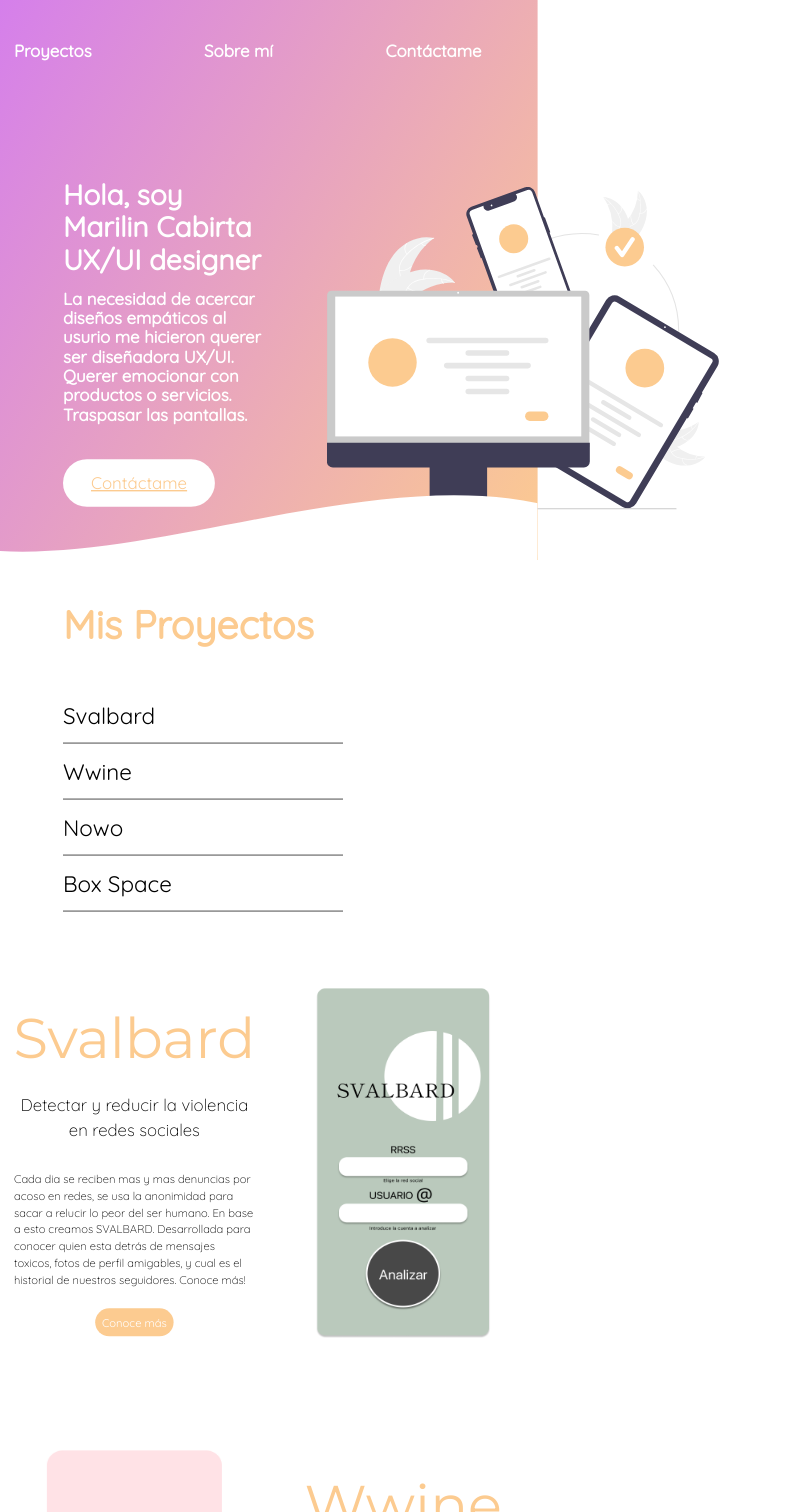
Repository: Marilyncabirta/portfolioHTML
Page: index.html
These files come from the project's save history. The page is drawn as it stood at one moment and after the next save; the edit follows.
The browser window is 768 px wide. The page is 1147 px wide, so the pictures cover 1147 px, including what lies to the right of the window. The pictures show the part of the page from y = 0 to 2160 px (the page is 4353 px tall), at 70% of full size.
Backgrounds fixed to the window are drawn as part of the page. Some web libraries are served in a nearby version.

Above is the page before, as saved 2022-12-16 12:40:21.

### index.html
<!DOCTYPE html>
<html lang="es">
<head>
    <meta charset="UTF-8">
    <meta name="viewport" content="width=device-width, initial-scale=1.0">
    <title>Portafolio AlexCG</title>
    <link rel="stylesheet" href="css/normalize.css">
    <link rel="stylesheet" href="css/estilos.css">
    <link rel="preconnect" href="https://fonts.googleapis.com">
<link rel="preconnect" href="https://fonts.gstatic.com" crossorigin>
<link href="https://fonts.googleapis.com/css2?family=Montserrat:wght@100;400;700&family=Quicksand:wght@300;400&display=swap" rel="stylesheet">
</head>


<body>

    <header class="hero">
        <div class="contenedor">
            <nav class="nav">
                <a href="" class="nav__items nav__items--cta">Proyectos</a>
                <a href="" class="nav__items">Sobre mí</a>
                <a href="" class="nav__items">Contáctame</a>
            </nav>

            <section class="hero__contenedor">
                <div class="hero__texts">
                    <h1 class="hero__title">Hola, soy Marilin Cabirta UX/UI designer</h1>
                    <h2 class="hero_subtitle">La necesidad de acercar diseños empáticos al usurio me hicieron querer ser diseñadora UX/UI. Querer emocionar con productos o servicios. Traspasar las pantallas.</h2>
                    <a href="" class="hero_cta">Contáctame</a>
                </div>
                <div class="contenedor_ilustraciones">
                    <img class="hero_image" src="assets/hero1.svg" alt="marilincabirta">
                </div>
            </section>
        </div>
        <div>
            <div class="hero_wave" style= "overflow:hidden;" ><svg viewBox="0 0 500 150" preserveAspectRatio="none" style="height: 100%; width: 100%;"><path d="M-0.56,130.76 C150.00,150.00 349.20,-49.99 503.38,30.10 L500.00,150.00 L0.00,150.00 Z" style="stroke: none; fill: #fff;"></path></svg></div>
        </div>
    </header>

    <main >
        <section class="presentacion__container">
            <h2 class="subtitle--h2">Mis Proyectos</h2>
            <div class="lista">
                <ul>
                    <li><a class="nombres" href="#">Svalbard<a></li>
                        <div class="linea"></div>
                    <li><a class="nombres" href="#">Wwine</a></li>
                        <div class="linea"></div>
                    <li><a class="nombres" href="#">Nowo</a></li>
                        <div class="linea"></div>
                    <li><a class="nombres" href="#">Box Space</a></li>
                        <div class="linea"></div>

                </ul>
            </div>
        </section>

        <section class="about__container">
            <div class="about__texts">
                <h2 class="subtitle">Svalbard</h2>
                <p class="about__paragraph">Detectar y reducir la violencia en redes sociales</p>
                <p class="about__content">Cada dia se reciben mas y mas denuncias por acoso en redes, se usa la anonimidad para sacar a relucir lo peor del ser humano. En base a esto creamos SVALBARD. Desarrollada para conocer quien esta detrás de mensajes toxicos, fotos de perfil amigables, y cual es el historial de nuestros seguidores. Conoce más!</p>
                <a class="about__button" href="">Conoce más</a>
            </div>
            <div class="about__img">
                <img class="about__picture" src="assets/LOG IN.png"   alt="">
            </div>
        </section>

        <section class="about__container">
            <div class="about__img">
                <img src="assets/wwine mockup.jpg" class="about__picture"alt="">
            </div>
            <div class="about__texts">
                <h2 class="subtitle">Wwine</h2>
                <p class="about__paragraph">¿Quién no ha deseado alguna vez poder saber más de un vino antes de comprarlo?</p>
                <p class="about__content">Le damos forma a los deseos de todos los consumidores de vino y desarrollamos este dispositivo para poder conocer las propiedades olfativas de un vino antes de comprarlo. No nos crees? Te contamos más!</p>
                <a class="about__button" href="">Conoce más</a>
            </div>

        </section>

        <section class="about__container">
            <div class="about__texts">
                <h2 class="subtitle">Nowo</h2>
                <p class="about__paragraph">Mejoramos tu forma de viajar</p>
                <p class="about__content">Millones de personas se desplazan todos los días por ocio o por trabajo y su principal carga son las maletas. Venimos a revolucionar el concepto de viajar. Nosotros nos ocupamos de las maletas, ofreciéndote los packs más completos para que nada te falte!</p>
                <a class="about__button" href="">Conoce más</a>
            </div>
            <div class="about__img">
                <img src="assets/Nowo by rebellion 1.jpg" class="about__picture" alt="">
            </div>
        </section>

        <section class="about__container">
            <div class="about__img">
                <img src="assets/mock uo.jpg" class="about__picture" alt="">
            </div>
            <div class="about__texts">
                <h2 class="subtitle">Box Space</h2>
                <p class="about__paragraph">Como conseguimos que haya más usuarios en los parques urbanos?</p>
                <p class="about__content">Esta App fue creada para mejorar la asistencia a los parques urbanos. En un mundo con prisas, acercamos la tecnología y la era digital a aquellos entornos naturales que nos encanta disfrutar, pero que todavía no nos permiten desarrollar todas nuestras facetas diarias cómodamente.Descúbrela!</p>
                <a class="about__button" href="">Conoce más</a>
            </div>

        </section>

    </main>

    <footer class="footer">
        <div container class="container footer__grid">
            <nav class="nav nav--footer">
                <a class="nav_items nav__items--footer" href="">Inicio </a>
                <a class="nav_items nav__items--footer" href="">Sobre mí</a>
                <a class="nav_items nav__items--footer" href="">Proyectos</a>
            </nav>

            <section class="footer__contact">
                <h3 class="footer__title"> Contáctame</h3>
                <div class="footer__icons">
                    <span class="footer__container-icons">
                        <a href="#" class="fab fa-medium footer__icon"></a>
                    </span>
                    <span class="footer__container-icons">
                        <a href="#" class="fab fa-linkedin footer__icon"></a>
                    </span>
                    <span class="footer__container-icons">
                        <a href="#" class="fab fa-mailchimp footer__icon"></a>
                    </span>

                </div>
            </section>



        </div>
    </footer>







    <script src="https://kit.fontawesome.com/b4fd9d412c.js" crossorigin="anonymous"></script>
</body>
</html>

### css/estilos.css

@import url('https://fonts.googleapis.com/css2?family=Montserrat:wght@100;400;700&family=Quicksand:wght@300;400&display=swap');


:root{
    --background:linear-gradient(120deg,#d57feb   0%,#fccb90 100%);
    --color-secondary:#fccb90;
    --color-primary: white;
    --boton-padding: 20px 40px;
}
body{

    font-family: 'Montserrat', sans-serif;
    font-family: 'Quicksand', sans-serif;
}

.hero{
    width: 100%;
    height: 1000px;
    background-image: var(--background);
    background-repeat: no-repeat;
    background-attachment: fixed;
    position: relative;
}

.contenedor{
  padding: 20px 0;

}
.hero__contenedor{
    width: 100%;
    display: grid;
    grid-template-columns: 1fr 1fr ;
    height: 100%;
    justify-content: space-evenly;
    align-items: center;
    padding-bottom: 50px;
    margin: 50px;

}


.contenedor_ilustraciones{
    width: 800px;
    height: auto;
    text-align: center;
    justify-content: center;
}

.hero__texts{
    width: 50%;
    height: inherit;
    color: white;
    margin-top: 20px;
    margin: 0 60px;
}
.hero_image{
    width: 70%
}

.hero_wave{
    position: absolute;
    bottom: 0;
    left: 0;
    height: 100px;
    width: 100%;
}

.nav{
    display: flex;
    justify-content: flex-end;
    height: 80px;
    align-items: right;
    font-weight: 700;
    margin-top: 30px;

}

.nav--footer{
    font-weight: 300;
    justify-content: flex-start;
}

.nav__items{
    color: white;
    text-decoration: none;
    font-size: 32px;
    padding: 20px 15px;
    margin-right: 40px;
    font-weight: inherit;
}

.nav__items--cta{
    border: 2px solid white;
    border-radius: 40px;
}

.nav__items:hover{
    text-decoration: underline;
}
.nav__items--footer{
    padding: 10px;
}



.hero_cta{
    display: inline-block;
    font-size: 24px;
    background-color: var(--color-primary);
    color: #fccb90;
    padding: 20px 40px;
    margin-top: 30px;
    border-radius: 40px;
    text-align: center;
    justify-content: center;
}

.hero__texts{
    width: 90%;
    margin: 40px;
}

.hero__title{
    font-size: 60px;
    margin-top: 80px;

}

.hero__subtitle{
    font-size: 2rem;
    font-weight: 400;
    margin: 20px 0;
}

/* presentacion proyectos */



.presentacion__container{
    width: 60%;
    height: auto;
    padding-top: 0;
    text-align: center;
    text-decoration: none;
    margin-left: 50px;
}

.subtitle{
    font-size: 56px;
    color:var(--color-secondary);
    padding-bottom: 10px;
    font-weight: 700;
    text-align: center;
    margin: 40px;
}
.subtitle--h2{
    font-size: 56px;
    color:var(--color-secondary);
    padding-bottom: 10px;
    font-weight: 700;
    text-align: center;
    margin: 60px 40px;
    text-align: left;
}

.presentacion__container li{
    font-size: 32px;
    margin-top: 10px;
    padding: 10px 0;
    text-decoration: none;
}

.lista li{
 text-decoration: none;
 list-style: none;
 text-align: left;

}

.lista a{
    text-decoration: none;
    color: black;

}

.lista li:hover{
    font-size: 3.5rem;
    transition: 1s;
}

.lista div{
    border-top: 1px solid black;
    height: 2px;
    max-width: 400px;
    padding: 0;
    margin: 10px 0 auto 0;

}

.about__container{
    width: 70%;
    min-height: 800px;
    max-width: 1300px;
    height: auto;
    display: grid;
    grid-template-columns: 1fr 1fr ;
    margin: 60px auto;
    background-color: var(--color-primary);
    align-items: center;

}

.about__texts{

    justify-content: center;
    text-align: left;
    margin: 20px ;

}
.about__img{
     justify-content: center;
    text-align: center;
    margin: 20px;

}

.subtitle{
    font-size: 80px;
    font-family: "Montserrat";
    font-weight: 400;
    margin: 10px auto;

}



.about__picture{
    width: 250px;
    height: 500px;
    max-height: 800px;
}

.about__paragraph{
    margin: 20px;
    line-height: 1.5;
    font-weight: 300;
    font-size: 24px;
}

.about__content{
    font-size: 16px;
    margin: 40px 20px;
    text-align: left;
    line-height: 1.5;
    font-weight: 300;
}

.about__button{
    margin: 60px 20px;
    padding: 10px 10px;
    background-color:var(--color-secondary);
    color: white;
    border-radius: 20px;
    text-align: center;
    text-decoration: none;
}

/* footer */

.footer{
    background:var(--background);
    padding-bottom: 40px;



}

.footer__grid{
    display: grid;
    grid-template-columns: 3fr 2fr;
    gap: 20px;
    align-items: center;
    margin: 40px;
}

.nav_items{
    text-decoration: none;
    color: white;
    font-size: 20px;
    margin:0 0 0 10px;
}

.footer__title{
    font-weight: 400;
    color: white;
    font-size:2rem ;
    margin-bottom: 20px;
    text-align: center;
}

.footer__icons{
    display: flex;
    justify-content: space-evenly;
    font-size: 32px;
}

.footer__container-icons{
    display: inline-block;
    width: 60px;
    height: 60px;
    color: white;
    text-align: center;
    border: 1px solid white;
    border-radius: 50%;

}

.footer__icon{
    color: white;
    text-decoration: none;
    font-size: 30px;

}

.fab.footer__icon{
line-height: 60px;
text-decoration: underline;
}


/* responsive design */

@media screen and (max-width:800px){
        :root{
            --botton-padding:18px 40px;
        }

        .nav{
            justify-content:space-between
        }
        .nav__items--cta{
            border: none;
        }

        .nav__items{
            color: white;
            text-decoration: none;
            font-size: 24px;
            padding: 10px 20px;
            margin-right: 60px;
            font-weight: inherit;
        }

        .nav__items--footer{
            border: none;
        }
        .hero{
            width: 100%;
        }

        .hero__texts{
            width: 100%;
            margin-bottom: 50px;
        }
        .hero__title{
            font-size: 2.5rem;
            margin-bottom: 20px;
        }

        .hero__subtitle{
            font-size: 1.5rem;
        }

        .hero{
            width: 100%;
            height: 800px;
            background-image: var(--background);
            background-repeat: no-repeat;
            background-attachment: fixed;
            position: relative;
        }

        .about__container{
            width: 100%;
            min-height: 600px;
        }
        .about__texts{
            width: 100%;
            justify-content: center;
            text-align: center;
            margin: 60px 0px;

        }

        .hero_image{
            width: 70%;
        }

        .presentacion__container{
            width: 80%;
        }

         .about__img{
            width: auto;
            text-align: center;
        }
    .footer{
        width: 100%;
    }
}


@media screen and (max-width:500px){

    :root{
        --botton-padding:15px 20px;
    }

    .hero{
        width: 100%;
        height: auto;
        position: relative;
    }
    .hero__contenedor{
        width: 100%;
        display: grid;
        grid-template-columns: 1fr;
        height: 100%;
        justify-content: center;
        align-items: center;
        padding-bottom: 80px;

    }
    .nav{
        flex-wrap: nowrap;
        justify-content: space-evenly;
        margin-top: 10px;

    }
    .nav__items--cta{
        border: none;
    }

    .nav__items{
        color: white;
        text-decoration: none;
        font-size: 20px;
        padding: 10px 20px;
        margin-right: 20px;

    }

    .nav__items--footer{
        border: none;
    }


    .hero__texts{
        margin-bottom: 50px;
        text-align: center;
    }
    .hero__title{
        font-size: 2rem;
        margin-bottom: 20px;
    }

    .hero__subtitle{
        font-size: 2rem;
        margin-bottom: 20px;
    }


    /* about */

    .subtitle{
        font-size: 2.5rem;
    }
    .about__paragraph{
        margin: 10px 10px;
        line-height: 1.5;
        font-weight: 300;
        font-size: 16px;
        text-align: left;
    }

    .about__content{
        font-size: 16px;
        margin: 10px 10px 40px 10px ;
        text-align: left;
        line-height: 1.5;
        font-weight: 300;
    }

    .nombres{
        font-size: 24px;
    }

    .about__container{
        width: 80%;
        min-height: 600px;
        height: auto;
        display: grid;
        margin: 20px auto;
        background-color: var(--color-primary);
        align-items: center;
     }

     .about__picture{
        width: 140px;
        height: 300px;
        max-height: 800px;

    }
     .contenedor_ilustraciones{
        width: 100%;
        height: auto;
        text-align: center;
        justify-content: center;
    }

    .about__texts:nth-child(2), :nth-child(4){
        grid-row: 1/2;
     }

     /* Footer */
     }

Loaded but not shown: css/normalize.css (library)

After the next save:
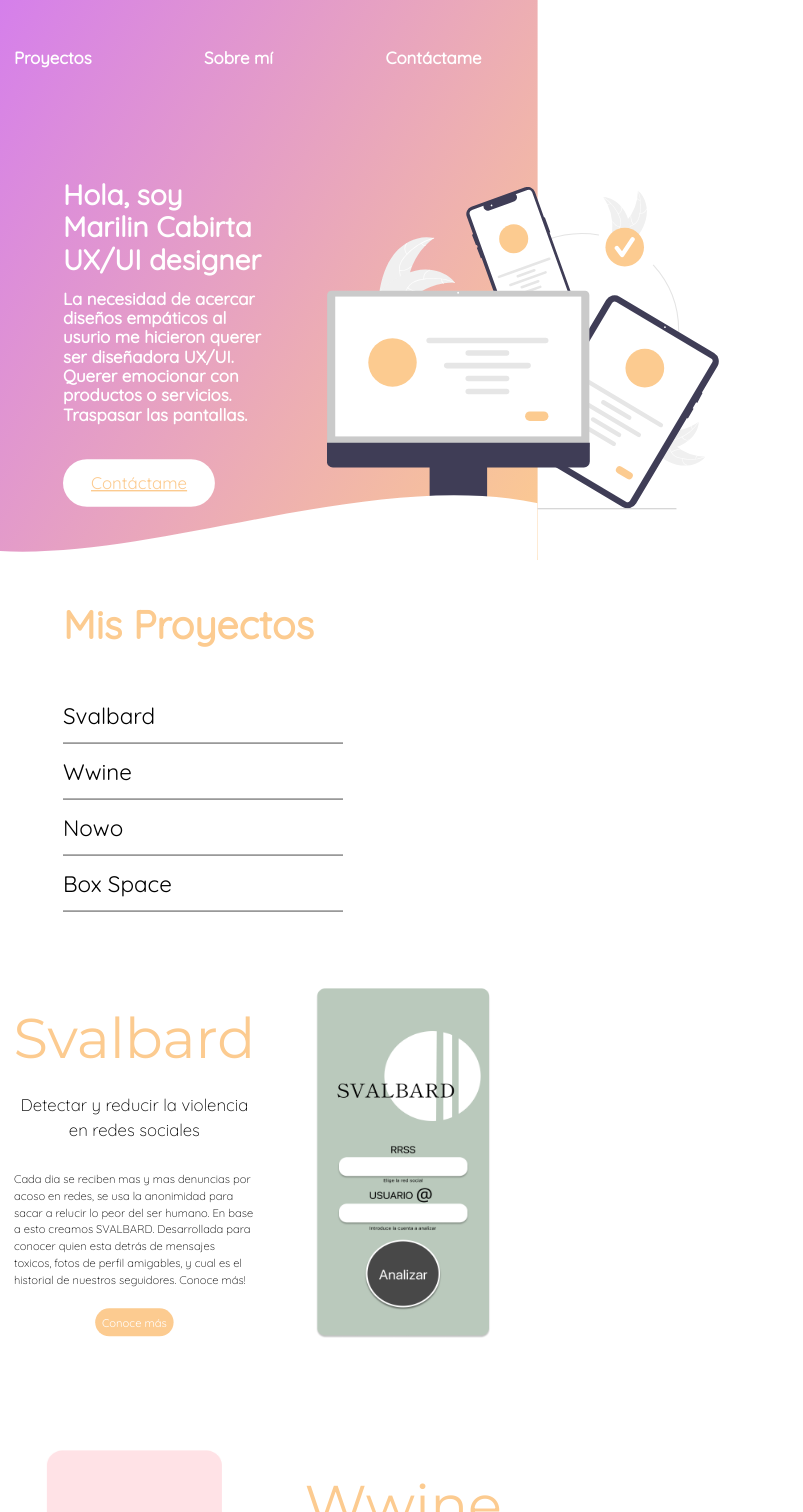
Saved 13 s later.
--- a/css/estilos.css
+++ b/css/estilos.css
@@ -347,7 +347,7 @@ text-decoration: underline;
             color: white;
             text-decoration: none;
             font-size: 24px;
-            padding: 10px 20px;
+            padding: 20px 20px;
             margin-right: 60px;
             font-weight: inherit;
         }
